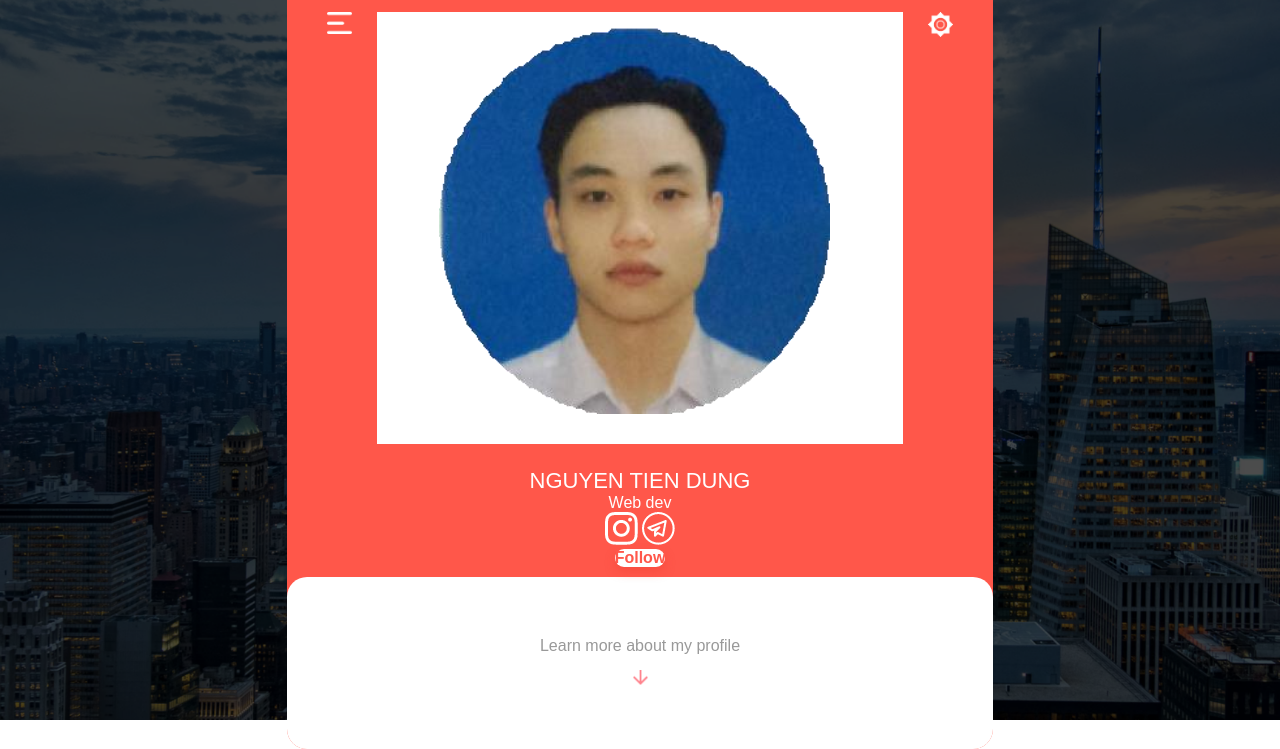
Repository: linhvuong864/profile
Page: Nguyen Tien Dung/index.html
An editor plug-in stored every save of this project. The page is shown before and after the next save, followed by the edit.
The browser window is 1280 px wide. The pictures show the whole page.

Above is the page before, as saved 2023-02-27 23:42:54.

After the next save:
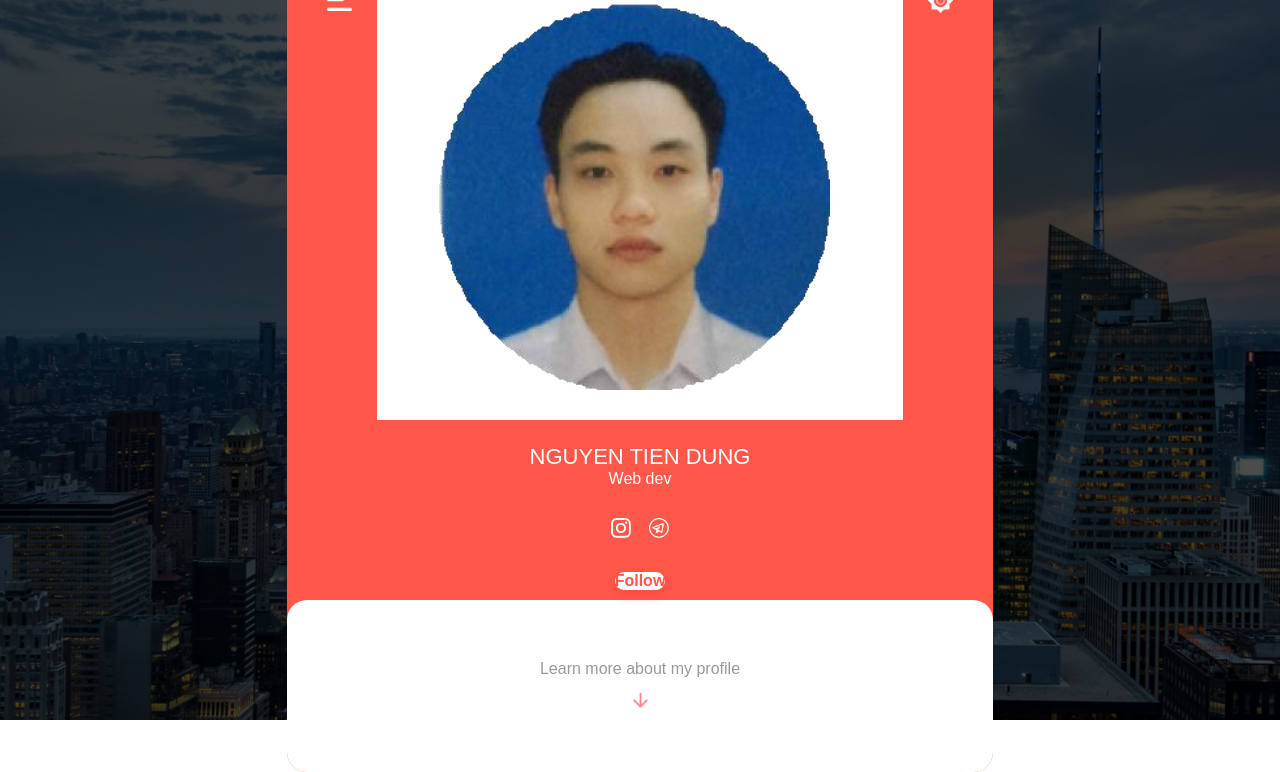
Saved 60 s later.
--- a/Nguyen Tien Dung/style.css
+++ b/Nguyen Tien Dung/style.css
@@ -69,3 +69,8 @@
     margin-top: 20px;
     font-weight: 500;
 }
+.social-media img{
+    width: 20px;
+    margin: 30px 7px;
+    cursor: pointer;
+}
